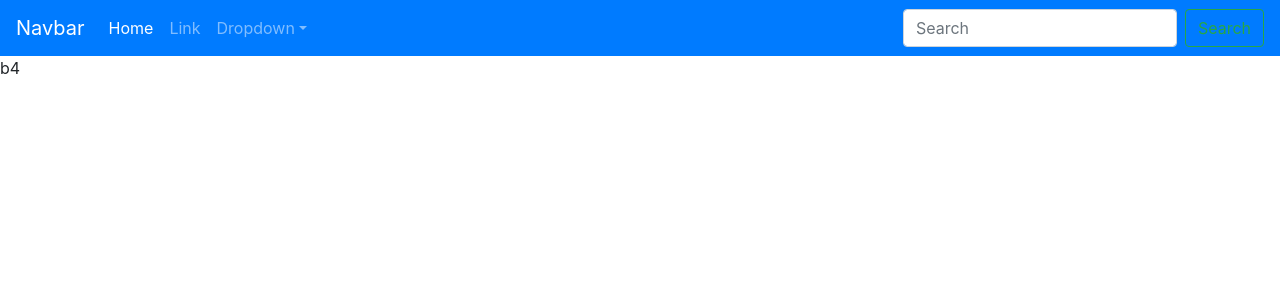
Repository: hoang71299/fe_26
Page: noti/index.html
An editor plug-in stored every save of this project. The page is shown before and after the next save, followed by the edit.
The browser window is 1280 px wide. The pictures show the whole page.

Above is the page before, as saved 2023-04-06 21:31:34.

### noti/index.html
<!doctype html>
<html lang="en">
  <head>
    <title>Title</title>
    <!-- Required meta tags -->
    <meta charset="utf-8">
    <meta name="viewport" content="width=device-width, initial-scale=1, shrink-to-fit=no">

    <!-- Bootstrap CSS -->
    <link rel="stylesheet" href="https://stackpath.bootstrapcdn.com/bootstrap/4.3.1/css/bootstrap.min.css" integrity="sha384-ggOyR0iXCbMQv3Xipma34MD+dH/1fQ784/j6cY/iJTQUOhcWr7x9JvoRxT2MZw1T" crossorigin="anonymous">
  </head>
  <body>
      <nav class="navbar navbar-expand-sm navbar-dark bg-primary">
          <a class="navbar-brand" href="#">Navbar</a>
          <button class="navbar-toggler d-lg-none" type="button" data-toggle="collapse" data-target="#collapsibleNavId" aria-controls="collapsibleNavId"
              aria-expanded="false" aria-label="Toggle navigation"></button>
          <div class="collapse navbar-collapse" id="collapsibleNavId">
              <ul class="navbar-nav mr-auto mt-2 mt-lg-0">
                  <li class="nav-item active">
                      <a class="nav-link" href="#">Home <span class="sr-only">(current)</span></a>
                  </li>
                  <li class="nav-item">
                      <a class="nav-link" href="#">Link</a>
                  </li>
                  <li class="nav-item dropdown">
                      <a class="nav-link dropdown-toggle" href="#" id="dropdownId" data-toggle="dropdown" aria-haspopup="true" aria-expanded="false">Dropdown</a>
                      <div class="dropdown-menu" aria-labelledby="dropdownId">
                          <a class="dropdown-item" href="#">Action 1</a>
                          <a class="dropdown-item" href="#">Action 2</a>
                      </div>
                  </li>
              </ul>
              <form class="form-inline my-2 my-lg-0">
                  <input class="form-control mr-sm-2" type="text" placeholder="Search">
                  <button class="btn btn-outline-success my-2 my-sm-0" type="submit">Search</button>
              </form>
          </div>
      </nav>
      b4
    <!-- Optional JavaScript -->
    <!-- jQuery first, then Popper.js, then Bootstrap JS -->
    <script src="https://code.jquery.com/jquery-3.3.1.slim.min.js" integrity="sha384-q8i/X+965DzO0rT7abK41JStQIAqVgRVzpbzo5smXKp4YfRvH+8abtTE1Pi6jizo" crossorigin="anonymous"></script>
    <script src="https://cdnjs.cloudflare.com/ajax/libs/popper.js/1.14.7/umd/popper.min.js" integrity="sha384-UO2eT0CpHqdSJQ6hJty5KVphtPhzWj9WO1clHTMGa3JDZwrnQq4sF86dIHNDz0W1" crossorigin="anonymous"></script>
    <script src="https://stackpath.bootstrapcdn.com/bootstrap/4.3.1/js/bootstrap.min.js" integrity="sha384-JjSmVgyd0p3pXB1rRibZUAYoIIy6OrQ6VrjIEaFf/nJGzIxFDsf4x0xIM+B07jRM" crossorigin="anonymous"></script>
  </body>
</html>

After the next save:
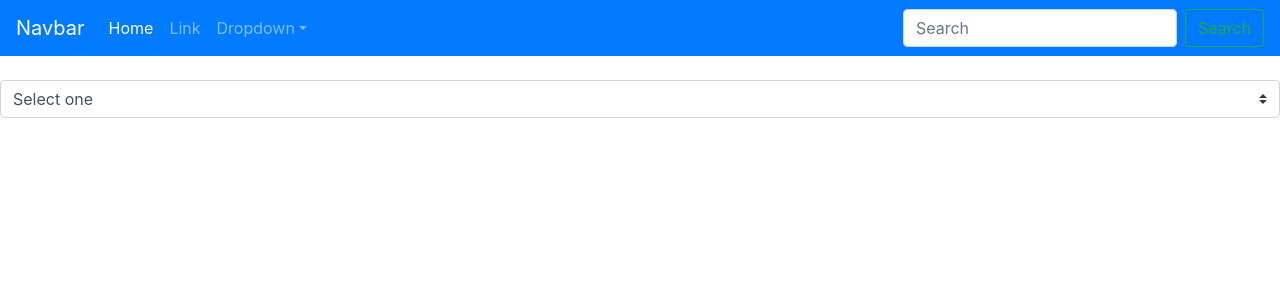
Saved 12 s later.
--- a/noti/index.html
+++ b/noti/index.html
@@ -36,7 +36,15 @@
               </form>
           </div>
       </nav>
-      b4
+      <div class="form-group">
+        <label for=""></label>
+        <select class="custom-select" name="" id="">
+          <option selected>Select one</option>
+          <option value=""></option>
+          <option value=""></option>
+          <option value=""></option>
+        </select>
+      </div>
     <!-- Optional JavaScript -->
     <!-- jQuery first, then Popper.js, then Bootstrap JS -->
     <script src="https://code.jquery.com/jquery-3.3.1.slim.min.js" integrity="sha384-q8i/X+965DzO0rT7abK41JStQIAqVgRVzpbzo5smXKp4YfRvH+8abtTE1Pi6jizo" crossorigin="anonymous"></script>

After the 2 saves that followed:
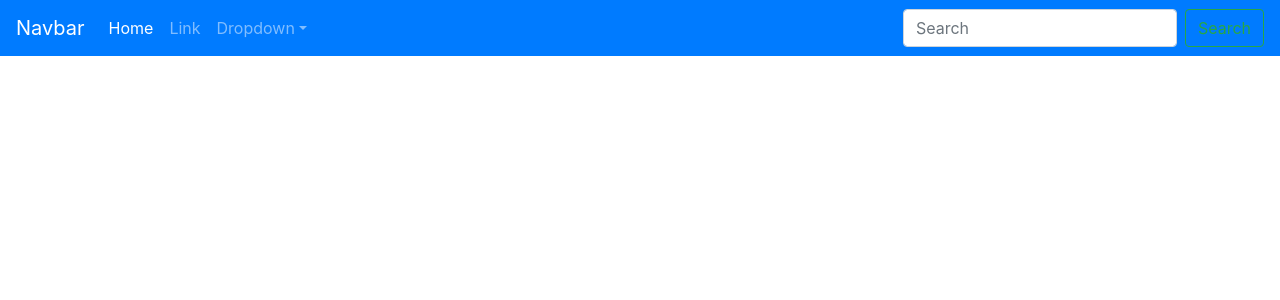
The 2 saves are shown as one change because they came seconds apart.
The last was saved 3 min 48 s later.
--- a/noti/index.html
+++ b/noti/index.html
@@ -36,14 +36,6 @@
               </form>
           </div>
       </nav>
-      <div class="form-group">
-        <label for=""></label>
-        <select class="custom-select" name="" id="">
-          <option selected>Select one</option>
-          <option value=""></option>
-          <option value=""></option>
-          <option value=""></option>
-        </select>
       </div>
     <!-- Optional JavaScript -->
     <!-- jQuery first, then Popper.js, then Bootstrap JS -->
